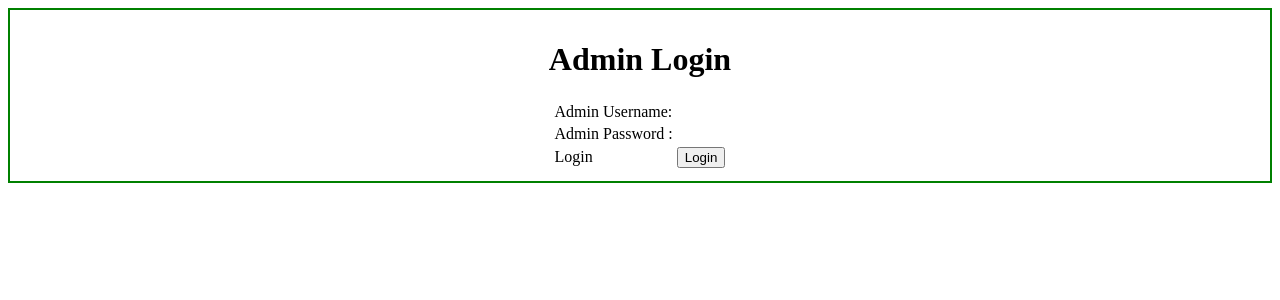
Repository: AnushkaSharma9/Make-an-E-commerce-Website-For-SportyShoes-sportyshoes
Page: http://localhost/phase3-Project-SportyShoes-Webappplication/login
An editor plug-in stored every save of this project. The page is shown before and after the next save, followed by the edit.
The browser window is 1280 px wide. The pictures show the whole page.
The page is served by Tomcat 9.

Above is the page before, as saved 2021-10-25 11:38:33.

After the next save:
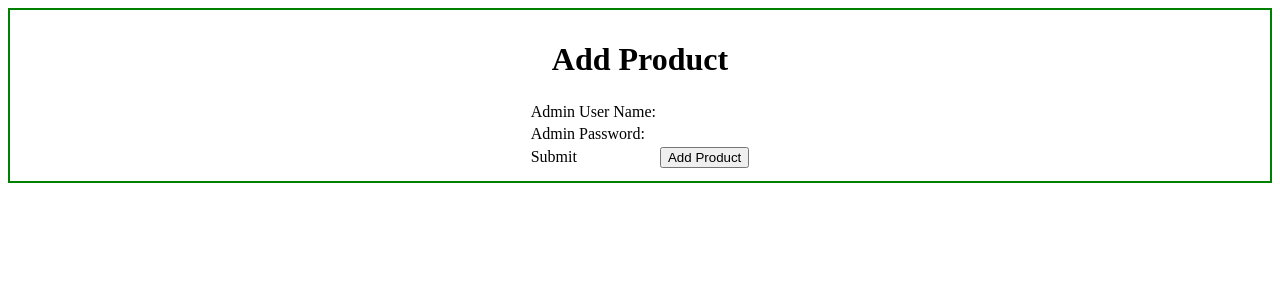
Saved 2 min 55 s later.
--- a/phase3-Project-SportyShoes-Webappplication/src/main/webapp/WEB-INF/view/login.jsp
+++ b/phase3-Project-SportyShoes-Webappplication/src/main/webapp/WEB-INF/view/login.jsp
@@ -7,25 +7,24 @@
 <title>Login Page</title>
 </head>
 <body>
-	<div align="center" style="border: 2px solid green;padding :10px;" >
-		<h1>Admin Login</h1>
+<div align="center" style="border: 2px solid green;padding :10px;" >
+		<h1>Add Product</h1>
 		<form:form action="login" method="post"  >
 			<table border="0">
 				<tr>
-					<td>Admin Username:</td>
+					<td>Admin User Name:</td>
 					<td><form:input path="userName" /></td>
 				</tr>
 
 				<tr>
-					<td>Admin Password :</td>
-					<td><form:input path="password" /></td>
+					<td>Admin Password:</td>
+					<td><form:input path="Password" /></td>
 				</tr>
 
 				<tr>
-					<td>Login</td>
-					<td><input type="submit" value="Login" /></td>
+					<td>Submit</td>
+					<td><input type="submit" value="Add Product" /></td>
 				</tr>
-
 			</table>
 		</form:form>
 	</div>
